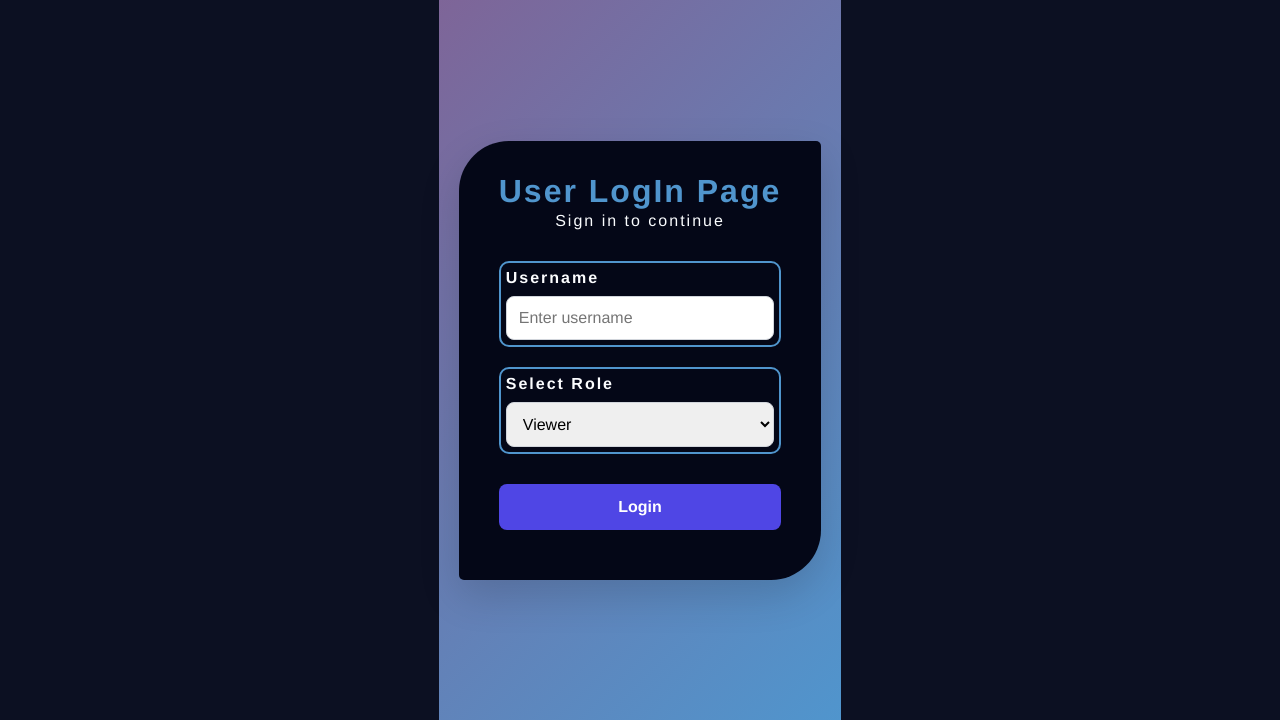
Repository: SolomonChinonso/myUserDashboard
Page: / (app in my-user-dashboard-app/)
The author's editor kept a copy of each file at every save. The page is drawn from the files as they stood at one save, then again after the next save.
The browser window is 1280 px wide. The pictures show the whole page.
The project was rebuilt for these pictures with package versions that can differ from the ones it lists, and the page was loaded fresh each time. Also part of the build but not shown: my-user-dashboard-app/vite.config.ts, my-user-dashboard-app/src/App.css, my-user-dashboard-app/src/pages/Dashboard.tsx, my-user-dashboard-app/src/pages/Profile.tsx, my-user-dashboard-app/src/pages/Settings.tsx, my-user-dashboard-app/src/components/Navbar.tsx, my-user-dashboard-app/src/components/ProtectedRoute.tsx.

Above is the page before, as saved 2026-05-30 14:56:20.

### my-user-dashboard-app/index.html
<!doctype html>
<html lang="en">
  <head>
    <meta charset="UTF-8" />
    <link rel="icon" type="image/svg+xml" href="/favicon.svg" />
    <meta name="viewport" content="width=device-width, initial-scale=1.0" />
    <title>my-user-dashboard-app</title>
  </head>
  <body>
    <div id="root"></div>
    <script type="module" src="/src/main.tsx"></script>
  </body>
</html>

### my-user-dashboard-app/src/main.tsx
import React from "react";
import ReactDOM from "react-dom/client";
import App from "./App";
import { BrowserRouter } from "react-router-dom";
import { AuthProvider } from "./context/AuthProvider"
import "./index.css"


ReactDOM.createRoot(document.getElementById("root")!).render(
  <React.StrictMode>
    <BrowserRouter>
      <AuthProvider>
        <App />
      </AuthProvider>
    </BrowserRouter>
  </React.StrictMode>
);

### my-user-dashboard-app/src/App.tsx
import {
  Routes,
  Route,
  Navigate,
} from "react-router-dom";
import "./App.css"

import Login from "./pages/Login";
import Dashboard from "./pages/Dashboard";
import Profile from "./pages/Profile";
import Settings from "./pages/Settings";

import Navbar from "./components/Navbar";
import ProtectedRoute from "./components/ProtectedRoute";

import { useAuth } from "./hooks/useAuth";

function App() {
  const { user } = useAuth();

  return (
    <div className="app-section">
      {user && <Navbar />}

      <Routes>
        {/* Redirect homepage to login */}
        <Route
          path="/"
          element={<Navigate to="/login" replace />}
        />

        <Route
          path="/login"
          element={<Login />}
        />

        <Route
          path="/dashboard"
          element={
            <ProtectedRoute>
              <Dashboard />
            </ProtectedRoute>
          }
        />

        <Route
          path="/profile"
          element={
            <ProtectedRoute>
              <Profile />
            </ProtectedRoute>
          }
        />

        <Route
          path="/settings"
          element={
            <ProtectedRoute adminOnly>
              <Settings />
            </ProtectedRoute>
          }
        />

        {/* Catch-all route */}
        <Route
          path="*"
          element={<Navigate to="/login" replace />}
        />
      </Routes>
    </div>
  );
}

export default App;

### my-user-dashboard-app/src/context/AuthProvider.tsx
import {
  useState,
  type ReactNode,
} from "react";

import type { User } from "../types/user";

import { AuthContext } from "./AuthContext";

interface AuthProviderProps {
  children: ReactNode;
}

export const AuthProvider = ({
  children,
}: AuthProviderProps) => {
  const [user, setUser] =
    useState<User | null>(null);

  const login = (userData: User) => {
    setUser(userData);
  };

  const logout = () => {
    setUser(null);
  };

  return (
    <AuthContext.Provider
      value={{
        user,
        login,
        logout,
      }}
    >
      {children}
    </AuthContext.Provider>
  );
};

### my-user-dashboard-app/src/index.css
*{
    margin: 0;
    padding: 0;
    font-family: 'Franklin Gothic Medium', 'Arial Narrow', Arial, sans-serif;
    box-sizing: border-box;
}
body{
    display: flex;
    justify-content: center;
    align-items: center;
    letter-spacing: 2px;
    background-color: #0c1022;
}

### my-user-dashboard-app/src/pages/Login.tsx
// import { useState } from "react";
// import { useNavigate } from "react-router-dom";
// import { useAuth } from "../hooks/useAuth";
// import "./Login.css"

// const Login = () => {
//   const [username, setUsername] = useState("");
//   const [role, setRole] = useState("Viewer");

//   const { login } = useAuth();
//   const navigate = useNavigate();

//   const handleLogin = () => {
//     login({
//       username,
//       role: role as "Admin" | "Editor" | "Viewer",
//     });

//     navigate("/dashboard");
//   };

//   return (
//     <div className="login-page">
//       <h1>Login</h1>

//       <input
//         type="text"
//         placeholder="Username"
//         value={username}
//         onChange={(e) => setUsername(e.target.value)}
//       />

//       <select
//         value={role}
//         onChange={(e) => setRole(e.target.value)}
//       >
//         <option>Admin</option>
//         <option>Editor</option>
//         <option>Viewer</option>
//       </select>

//       <button onClick={handleLogin}>
//         Login
//       </button>
//     </div>
//   );
// };

// export default Login;
import { useState } from "react";
import { useNavigate } from "react-router-dom";
import { useAuth } from "../hooks/useAuth";
import "./Login.css";

const Login = () => {
  const [username, setUsername] = useState("");
  const [role, setRole] = useState("Viewer");

  const { login } = useAuth();
  const navigate = useNavigate();

  const handleLogin = () => {
    login({
      username,
      role: role as "Admin" | "Editor" | "Viewer",
    });

    navigate("/dashboard");
  };

  return (
    <div className="login-page">
      <div className="login-card">
        <h1>User LogIn Page</h1>
        <p className="subtitle">
          Sign in to continue
        </p>

        <div className="form-group">
          <label>Username</label>
          <input
            type="text"
            placeholder="Enter username"
            value={username}
            onChange={(e) =>
              setUsername(e.target.value)
            }
          />
        </div>

        <div className="form-group">
          <label>Select Role</label>
          <select
            value={role}
            onChange={(e) =>
              setRole(e.target.value)
            }
          >
            <option>Admin</option>
            <option>Editor</option>
            <option>Viewer</option>
          </select>
        </div>

        <button
          className="login-btn"
          onClick={handleLogin}
        >
          Login
        </button>
      </div>
    </div>
  );
};

export default Login;

### my-user-dashboard-app/src/hooks/useAuth.ts
import { useContext } from "react";

import { AuthContext } from "../context/AuthContext";

export const useAuth = () => {
  const context = useContext(AuthContext);

  if (!context) {
    throw new Error(
      "useAuth must be used inside AuthProvider"
    );
  }

  return context;
};

### my-user-dashboard-app/src/context/AuthContext.ts
import { createContext } from "react";

import type { User } from "../types/user";

export interface AuthContextType {
  user: User | null;
  login: (user: User) => void;
  logout: () => void;
}
export const AuthContext =
  createContext<AuthContextType | null>(null);

### my-user-dashboard-app/src/pages/Login.css
/* Full page layout */
.login-page {
  min-height: 100vh;
  display: flex;
  justify-content: center;
  align-items: center;

  background: linear-gradient(
    135deg,
    #7e6598,
    #5095cd
  );

  padding: 20px;
}

/* Login card */
.login-card {
  width: 100%;
  max-width: 400px;
  height: 70%;
  background: #040717;
  padding: 40px;
  border-radius: 50px 5px;
  display: flex;
  flex-direction: column;
  justify-content: center;
  align-items: center;
  box-shadow: 0 15px 40px
    rgba(0, 0, 0, 0.15);
  line-height: 20px;
  text-align: center;
}

/* Heading */
.login-card h1 {
  margin-bottom: 10px;
  color: #5095cd;
}

.subtitle {
  color: #fafcfe;
  margin-bottom: 30px;
}

/* Form group */
.form-group {
    border: 2px solid #5095cd;
    width: 100%;
    border-radius: 10px;
    padding: 5px;
  display: flex;
  flex-direction: column;
  text-align: left;
  margin-bottom: 20px;
}

.form-group label {
  margin-bottom: 8px;
  font-weight: 600;
  color: #fbfcfe;
}

/* Inputs */
.form-group input,
.form-group select {
  padding: 12px;
  border: 1px solid #d1d5db;
  border-radius: 8px;

  font-size: 16px;
  outline: none;

  transition: 0.3s ease;
}

.form-group input:focus,
.form-group select:focus {
  border-color: #4f46e5;
  box-shadow: 0 0 0 3px
    rgba(79, 70, 229, 0.15);
}

/* Button */
.login-btn {
  width: 100%;
  padding: 14px;

  border: none;
  border-radius: 8px;

  background: #4f46e5;
  color: white;

  font-size: 16px;
  font-weight: bold;

  cursor: pointer;
  transition: 0.3s ease;
}

.login-btn:hover {
  background: #4338ca;
  transform: translateY(-2px);
}

### my-user-dashboard-app/src/components/Navbar.css
nav{
    background-color: rgb(154, 195, 231);
    display: flex;
    justify-content: space-between;
    align-items: center;
    margin: 20px;
    padding: 30px;
    max-width: 100vw;
    border-radius: 50px;

}
.links{
    display: flex;
    gap: 20px;

}
a{
    font-family: Arial, Helvetica, sans-serif;
    text-decoration: none;
    color: rgb(4, 4, 21);

}
button{
    font-size: 1rem;
    color: #4d4894;
    padding: 5px 20px;
    margin: 10px;
    border: 2px solid #0ff;
    border-radius: 50px;
    background: transparent;
    cursor: pointer;
    transition: 0.3s ease-in-out;
}
span{
    order: -1;
    background: white;
    color: rgb(22, 24, 86);
}

After the next save:
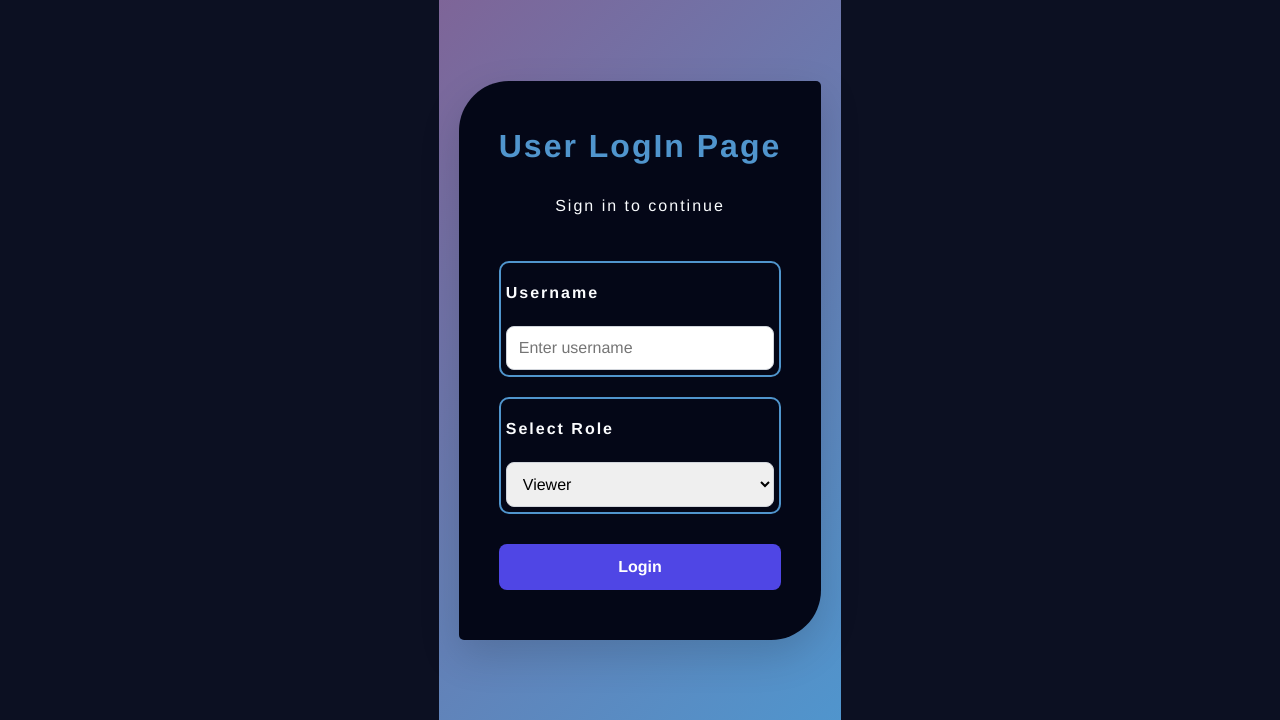
Saved 7 s later.
--- a/my-user-dashboard-app/src/pages/Login.css
+++ b/my-user-dashboard-app/src/pages/Login.css
@@ -28,7 +28,7 @@
   align-items: center;
   box-shadow: 0 15px 40px
     rgba(0, 0, 0, 0.15);
-  line-height: 20px;
+  line-height: 50px;
   text-align: center;
 }
 
